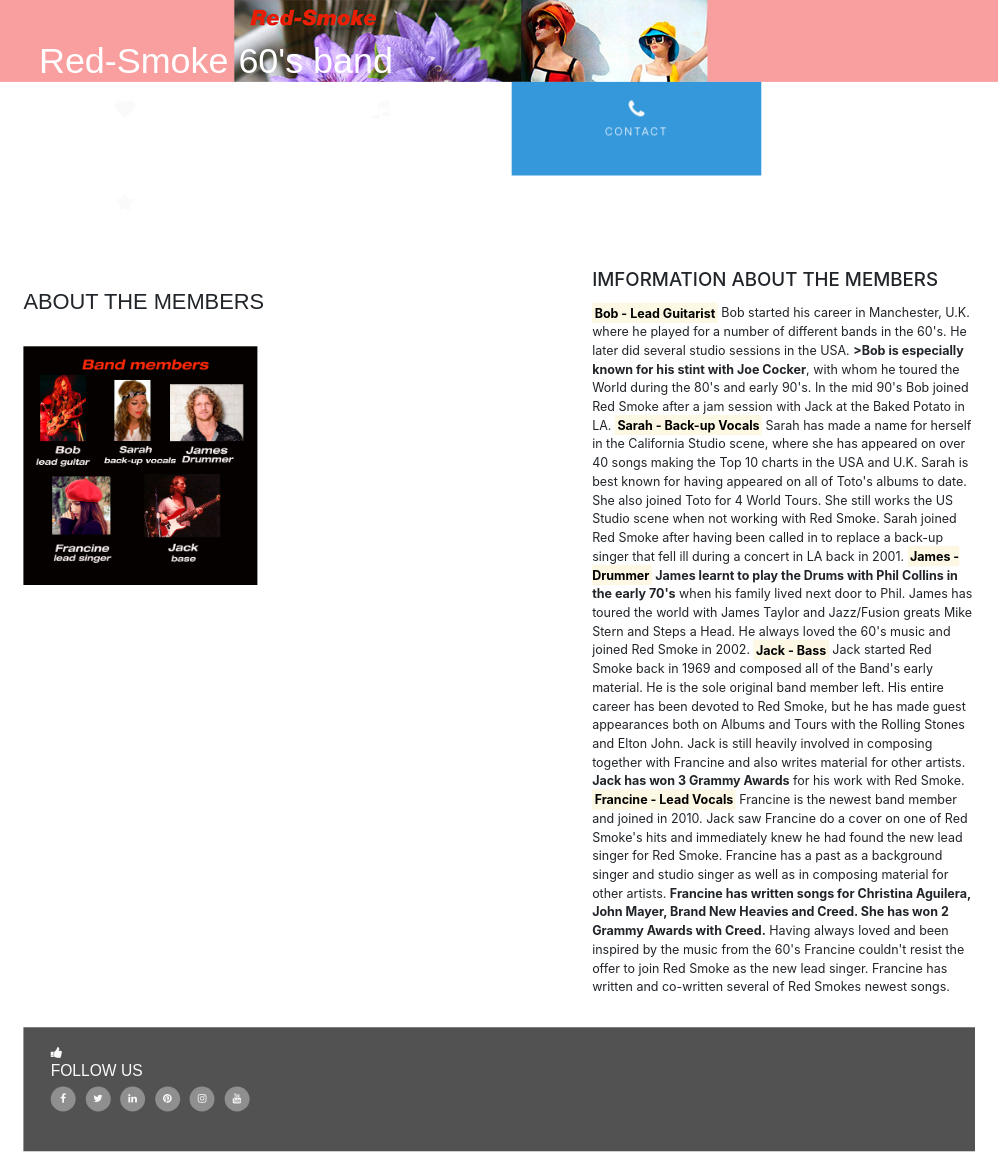
Repository: eazeldon/first-website-project
Page: pictures.html
The author's editor kept a record of every edit. The page is drawn from the files as they stood at one moment, then again after the next edit.
The browser window is 1280 px wide. The pictures show the whole page, at 78% of full size.

Above is the page before.

After the next edit:
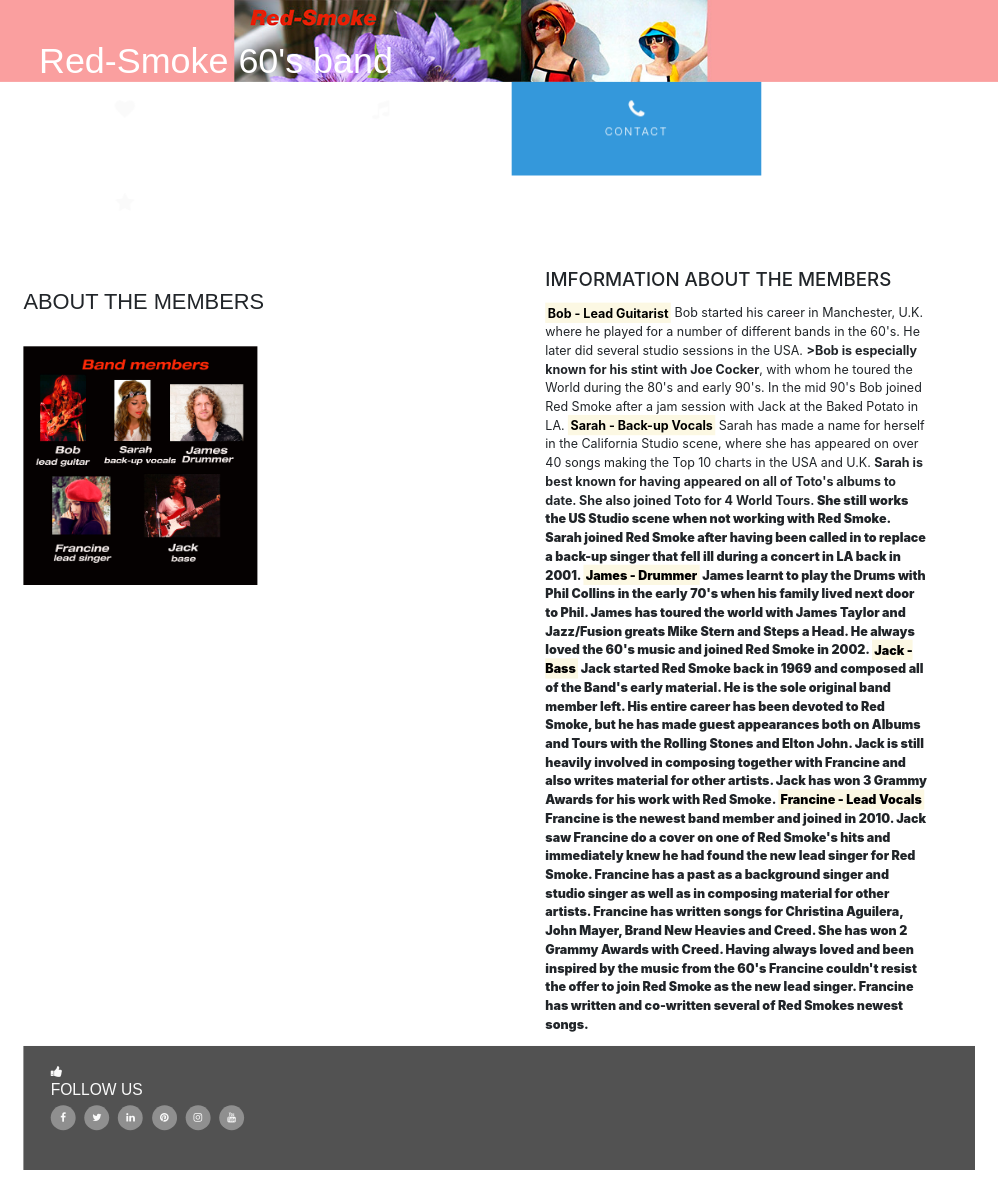
The edit:
--- a/pictures.html
+++ b/pictures.html
@@ -96,7 +96,7 @@
                                     <strong><mark>Sarah - Back-up Vocals</mark></strong>
 
                                     Sarah has made a name for herself in the California Studio scene, where she has appeared on over 40 songs making the Top 10 charts in the USA and U.K.
-                                    Sarah is best known for having appeared on all of Toto's albums to date. She also joined Toto for 4 World Tours.
+                                    <strong>Sarah is best known for having appeared on all of Toto's albums to date. She also joined Toto for 4 World Tours.<strong>
                                     She still works the US Studio scene when not working with Red Smoke.
                                     Sarah joined Red Smoke after having been called in to replace a back-up singer that fell ill during a concert in LA back in 2001.
 
